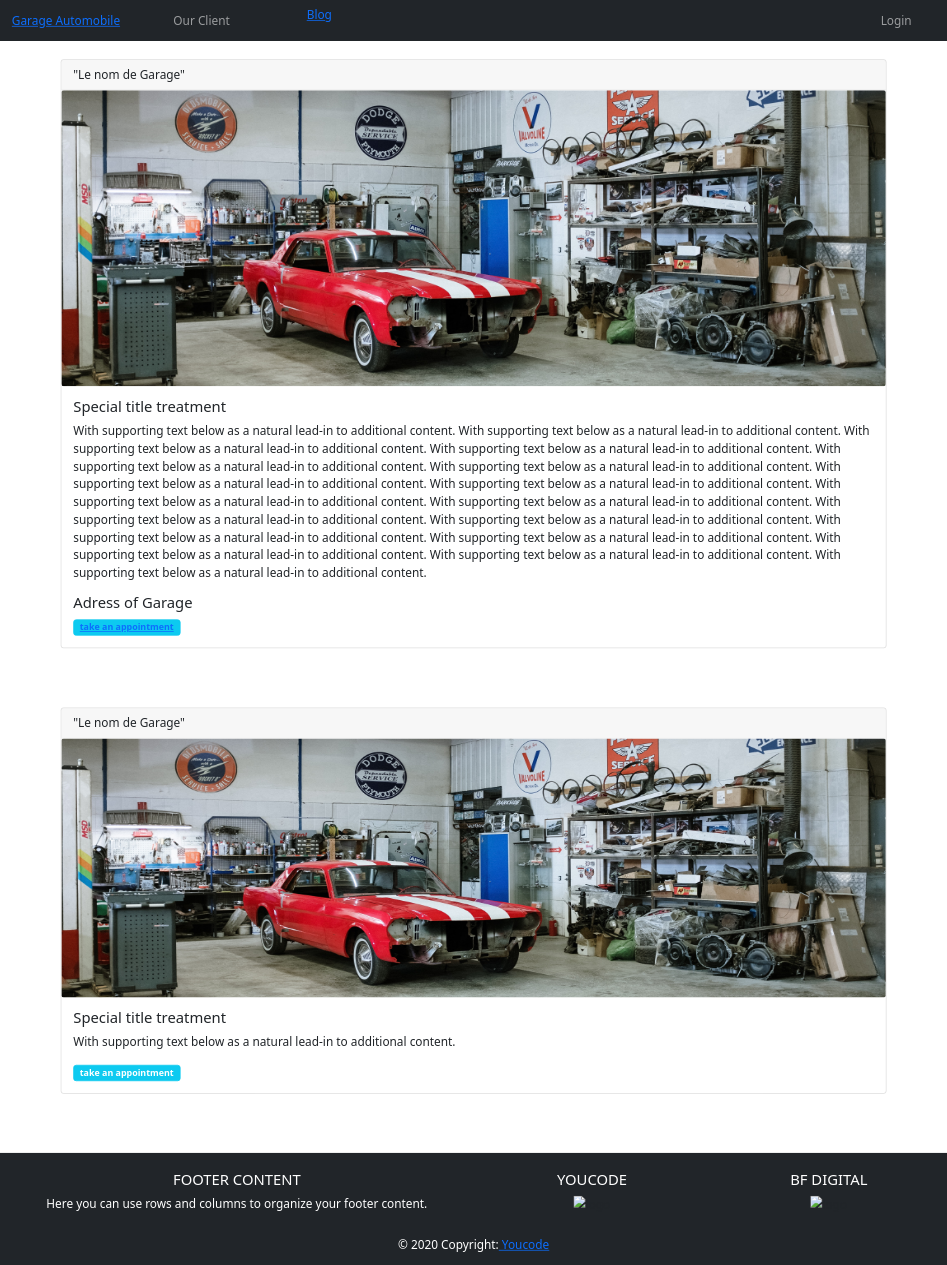
Repository: abdelhak-f/Fil-Rouge
Page: /Blog (app in client/)
An editor plug-in stored every save of this project. The page is shown before and after the next save, followed by the edit.
The browser window is 1280 px wide. The pictures show the whole page, at 74% of full size.
The project was rebuilt for these pictures with package versions that can differ from the ones it lists, and the page was loaded fresh each time. Also part of the build but not shown: client/src/components/Text.jsx, client/src/components/forms/FirstFrontForm.jsx, client/src/components/Body.jsx, client/src/components/forms/FormGarage.jsx.

Above is the page before, as saved 2021-09-09 15:20:41.

After the next save:
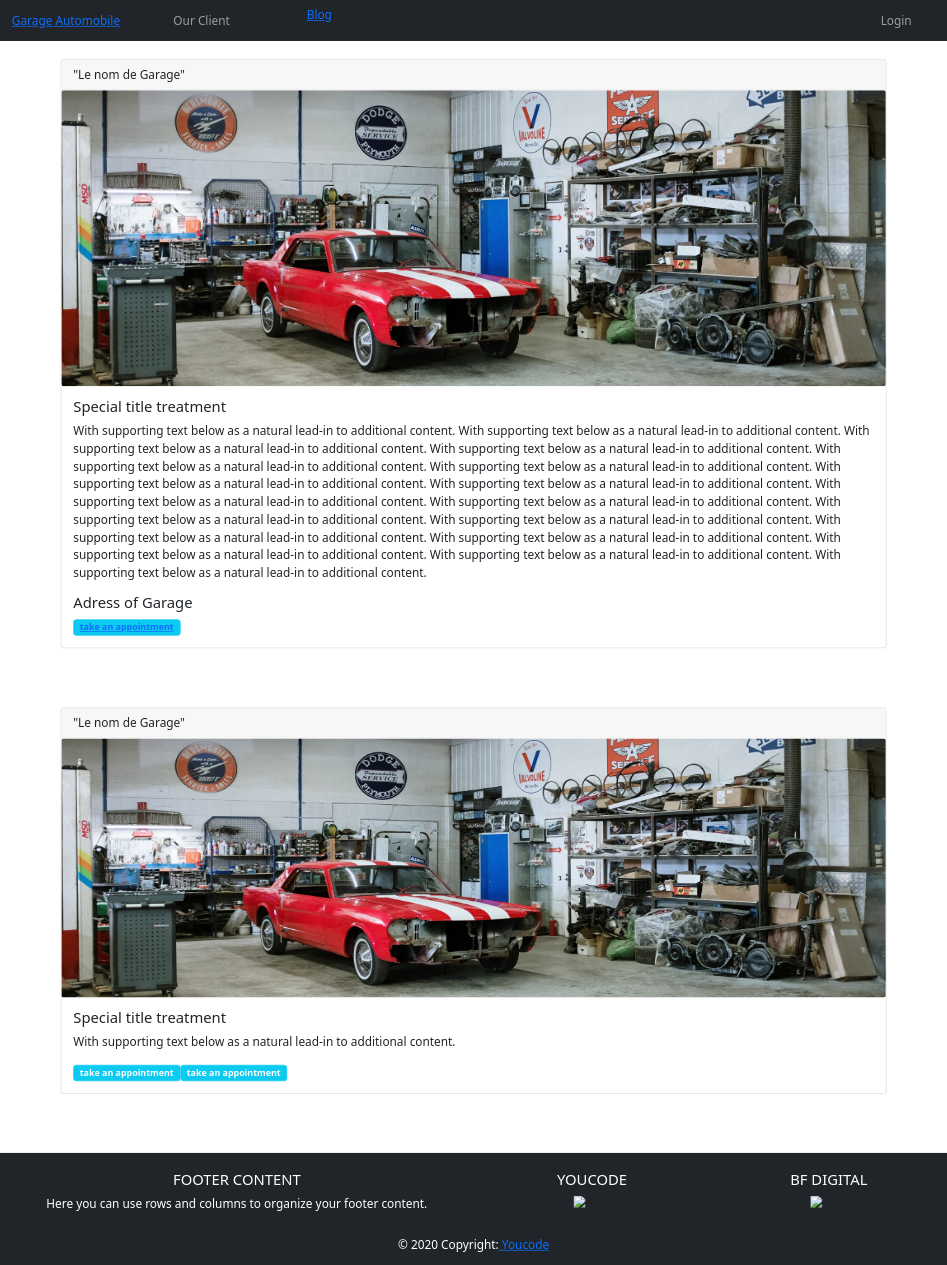
Saved 21 s later.
--- a/client/src/components/Blog.jsx
+++ b/client/src/components/Blog.jsx
@@ -61,6 +61,7 @@ function Blog() {
             <Row>
                <Col>
                <Button className="badge" variant="info">take an appointment</Button>
+               <Button className="badge" variant="info">take an appointment</Button>
                </Col>
             </Row>
            </Card.Body>
